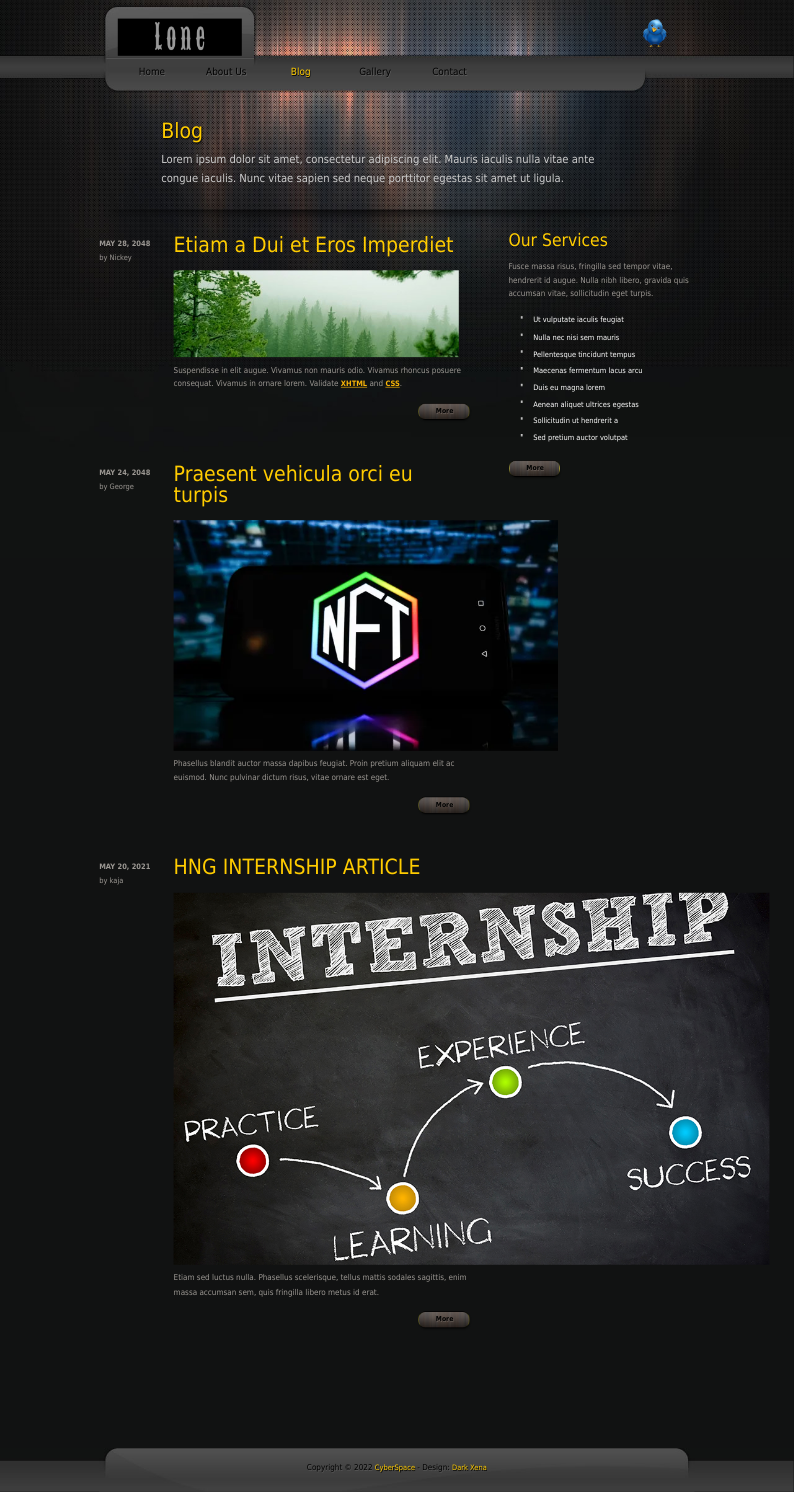
Repository: xenacode-art/Portfolio
Page: 2020_dark_pixel/blog.html
These files come from the project's save history. The page is drawn as it stood at one moment and after a run of saves; the edit follows.
The browser window is 1280 px wide. The pictures show the whole page, at 62% of full size.
Pictures or frames that could not be fetched are drawn as grey boxes.

Above is the page before, as saved 2022-03-08 00:14:21.

### 2020_dark_pixel/blog.html
<!DOCTYPE html PUBLIC "-//W3C//DTD XHTML 1.0 Transitional//EN" "http://www.w3.org/TR/xhtml1/DTD/xhtml1-transitional.dtd">
<html xmlns="http://www.w3.org/1999/xhtml">
<head>
<meta http-equiv="Content-Type" content="text/html; charset=utf-8" />
<!--
	Template 2020 Dark Pixel
    http://www.tooplate.com/view/2020-dark-pixel
-->
<title>Dark</title>
<meta name="keywords" content="" />
<meta name="description" content="" />
<link href="tooplate_style.css" rel="stylesheet" type="text/css" />
</head>
<body>

<div id="tooplate_wrapper">

    <div id="tooplate_header">

    	<div id="site_title"><h1><a href="#">Dark</a></h1></div>
        <div id="twitter"><a href="#"></a></div>

        <div id="tooplate_menu">
            <ul>
                <li><a href="index.html">Home</a></li>
                <li><a href="about.html">About Us</a></li>
                <li><a href="blog.html" class="current">Blog</a></li>
                <li><a href="gallery.html">Gallery</a></li>
                <li class="last"><a href="contact.html">Contact</a></li>
            </ul>
        </div> <!-- end of tooplate_menu -->

    </div> <!-- end of header -->

    <div id="tooplate_middle">
    	<div id="mid_title">
			Blog
        </div>
        <p>Lorem ipsum dolor sit amet, consectetur adipiscing elit. Mauris iaculis nulla vitae ante congue iaculis. Nunc vitae sapien sed neque porttitor egestas sit amet ut ligula.</p>
    </div> <!-- end of middle -->

    <div id="tooplate_main">
    	<div class="col_w960 hr_divider">

            	<div class="col_w300 lp_box float_r">
                    <h2>Our Services</h2>
                    <p>Fusce massa risus, fringilla sed tempor vitae, hendrerit id augue. Nulla nibh libero, gravida quis accumsan vitae, sollicitudin eget turpis.</p>
                    <ul class="tooplate_list">
                        <li><a href="#">Ut vulputate iaculis feugiat</a></li>
                        <li><a href="#">Nulla nec nisi sem mauris</a></li>
                        <li><a href="#">Pellentesque tincidunt tempus </a></li>
                        <li><a href="#">Maecenas fermentum lacus arcu</a></li>
                        <li><a href="#"> Duis eu magna lorem</a></li>
                        <li><a href="#">Aenean aliquet ultrices egestas</a></li>
                        <li><a href="#">Sollicitudin ut hendrerit a</a></li>
                        <li><a href="#">Sed pretium auctor volutpat</a></li>
                    </ul>

					<a class="more" href="#">More</a>
                </div>

                <div class="col_w600 float_l">
                    <div class="post_box">
                        <div class="post_box_date">
                            MAY 28, 2048
                            <span>by Nickey</span>
                        </div>

						<div class="post_box_content">
                            <h2><a href="#">Etiam a Dui et Eros Imperdiet </a></h2>
                          <img src="images/tooplate_image_08.jpg" alt="Image 08" />
                            <p>Suspendisse in elit augue. Vivamus non mauris odio. Vivamus rhoncus posuere consequat. Vivamus in ornare lorem. Validate <a href="http://validator.w3.org/check?uri=referer" rel="nofollow"><strong>XHTML</strong></a> and <a href="http://jigsaw.w3.org/css-validator/check/referer" rel="nofollow"><strong>CSS</strong></a>.</p>
                        </div>

						<a class="more float_r" href="#">More</a>
                        <div class="cleaner"></div>
                    </div>

					<div class="post_box">
                        <div class="post_box_date">
                            MAY 24, 2048
                            <span>by George</span>
                        </div>

						<div class="post_box_content">
                            <h2><a href="#">Praesent vehicula orci eu turpis </a></h2>
                          <img src="images/tooplate_image_06.jpg" alt="Image 06" />
                            <p>Phasellus blandit auctor massa dapibus feugiat. Proin pretium aliquam elit ac euismod. Nunc pulvinar dictum risus, vitae ornare est eget.</p>
                        </div>

						<a class="more float_r" href="#">More</a>
                        <div class="cleaner"></div>
                    </div>

					<div class="post_box">
                        <div class="post_box_date">
                            MAY 20, 2021
                            <span>by kaja</span>
                        </div>

						<div class="post_box_content">
                            <h2><a href="#">HNG INTERNSHIP ARTICLE </a></h2>
                            <img src="images/tooplate_image_07.jpg" alt="Image 07" />
                            <p>Etiam sed luctus nulla. Phasellus scelerisque, tellus mattis sodales sagittis, enim massa accumsan sem, quis fringilla libero metus id erat.</p>
                        </div>
                        <a class="more float_r"
                            href="https://docs.google.com/document/d/1pHQ8y1Fp89hCQCAmHdlH2IQBF5wXl0S7gurmJ_4CBN4/edit?usp=sharing">More</a>
                        <div class="cleaner"></div>
                    </div>

                </div>

                <div class="cleaner"></div>
        </div>

    </div> <!-- end of main -->

</div> <!-- end of wrapper -->

<div id="tooplate_footer_wrapper">
    <div id="tooplate_footer">

        Copyright © 2022 <a href="#">CyberSpace</a> - Design: <a href="http://www.tooplate.com/view/2020-dark-pixel">Dark Xena</a>

    </div> <!-- end of tooplate_footer -->
</div>
<!--   Free Website Template by t o o p l a t e . c o m   -->
</body>
</html>

### 2020_dark_pixel/tooplate_style.css
/*

Template 2020 Dark Pixel

http://www.tooplate.com/view/2020-dark-pixel

*/

body {
	margin: 0;
	padding: 0;
	color: #9c9893;
	font-family: Tahoma, Geneva, sans-serif;
	font-size: 13px;
	line-height: 1.7em;
	background-color: #111212;
	background-image: url(images/tooplate_body.jpg);
	background-repeat: repeat-x;
	background-position: top center
}

a, a:link, a:visited {
	color: #f9b507;
	font-weight: normal;
	text-decoration: underline;
	font-size: 12px;
}

a:hover {
	text-decoration:none;
}

a.more {
	display: block;
	width: 86px;
	height: 29px;
	padding: 2px 0 0;
	text-align: center;
	text-decoration: none;
	font-weight: 700;
	font-size: 11px;
	background: url(images/tooplate_more.png)  no-repeat top center;
	color: #000;
	text-shadow: 1px 1px 1px #625953
}

a.more:hover {
	color: #fff;
	text-shadow: 1px 1px 1px #000
}

p { margin: 0 0 10px 0; padding: 0; }
img { border: none; }
blockquote { font-style: italic; margin: 0 0 0 10px;}
cite { font-weight: bold; color:#fff; }
cite span { color: #fff; }
em { color: #c8690a; }

h1, h2, h3, h4, h5, h6 { color: #ffcc00; font-weight: normal; }
h1 { font-size: 34px; margin: 0 0 20px; padding: 5px 0 }
h2 { font-size: 28px; margin: 0 0 15px; padding: 5px 0; }
h3 { font-size: 24px; margin: 0 0 15px; padding: 0; }
h4 { font-size: 18px; margin: 0 0 15px; padding: 0; }
h5 { font-size: 16px; margin: 0 0 10px; padding: 0;  }
h6 { font-size: 14px; margin: 0 0 5px; padding: 0; }

.cleaner { clear: both }
.h10 { height: 10px }
.h20 { height: 20px }
.h30 { height: 30px }
.h40 { height: 40px }
.h50 { height: 50px }
.h60 { height: 60px }

.float_l { float: left }
.float_r { float: right }

.image_wrapper {
	display: inline-block;
	border: 1px solid #414141;
	padding: 4px;
	background: #000;
	margin-bottom: 5px
}

.image_fl {
	float: left;
	margin: 3px 30px 0 0
}

.image_fr {
	float: right;
	margin: 3px 0 0 30px
}

.tooplate_list {
	margin: 20px 0 20px 20px;
	padding: 0;
	list-style: none;
}

.tooplate_list li {
	color:#fff;
	margin: 0;
	padding: 0 0 5px 20px;
	background: url(images/tooplate_list.png) no-repeat scroll 0 5px;
}

.tooplate_list li a {
	color: #fff;
	font-weight: normal;
	font-size: 12px;
	text-decoration: none;
}

.tooplate_list li a:hover {
	text-decoration: underline;
}

#tooplate_wrapper {
	width: 960px;
	margin: 0 auto;
	padding: 0 10px;
	background: url(images/tooplate_body.jpg) top center no-repeat
}

#tooplate_header {
	clear: both;
	width: 940px;
	height: 130px;
	padding: 10px;
	background: url(images/tooplate_header.jpg) top center no-repeat
}

#site_title {
	float: left;
	width: 240px;
	height: 55px;
	margin: 20px auto;
}

#site_title h1 {
	margin: 0;
	padding: 0;
}

#site_title h1 a {
	display: block;
	width: 240px;
	height: 60px;
	color: #fff;
	outline: none;
	text-indent: -10000px;
	background: url(images/tooplate_logo.png) no-repeat top center
}

#twitter a{
	float: right;
	font-weight: normal;
	display: block;
	padding: 25px 55px 25px 0;
	margin: 20px 30px 0 0;
	color: #000;
	font-size: 18px;
	background: url(images/twitter.png)  no-repeat right center
}

/* menu */

#tooplate_menu {
	clear: both;
	width: 910px;
	padding: 0 15px;
	background: url(images/tooplate_menu.png)
}

#tooplate_menu ul {
	margin: 0 auto;
	padding: 0;
	list-style: none;
}

#tooplate_menu ul li {
	padding: 0;
	margin: 0;
	display: inline;
}

#tooplate_menu ul .last { background: none }

#tooplate_menu ul li a {
	float: left;
	display: block;
	width: 120px;
	padding: 0;
	font-size: 16px;
	color: #000;
	text-shadow: 1px 1px 1px #5f5f5f;
	text-align: center;
	text-decoration: none;
	font-weight: 400;
	outline: none;
	border: none;
}

#tooplate_menu ul li a:hover, #tooplate_menu ul .current {
	color: #ffcc00;
	text-shadow: 1px 1px 1px #000
}

/* end of menu */

#tooplate_middle {
	clear: both;
	width: 760px;
	padding: 50px 100px 60px;
	overflow: hidden;
	background: url(images/tooplate_mid_divider.png) bottom center no-repeat
}

#mid_title {
	font-size: 34px;
	font-weight: 400;
	color: #ffcc00;
	margin-bottom: 20px;
	text-shadow: 1px 1px 3px #000
}

#tooplate_middle p {
	width: 700px;
	font-size: 18px;
	color: #ccc;
	line-height: 30px;
}

/* main */

#tooplate_main {
	clear: both;
	width: 960px;
	padding: 0 0 40px;
	margin: 0;
}

.col_w960 { width: 960px; margin-bottom: 60px }
.col_w600 { width: 600px }
.col_w450 { width: 450px }
.col_w300 { width: 300px }
.col_w200 { width: 200px }
.col_allw300 { float: left; width: 300px; margin-right: 30px }
.col_last { margin: 0 }

.frontpage_box h2 {
	font-size: 20px;
	padding: 0;
	margin-bottom: 5px;
	color: #ffcc00;
}

.frontpage_box img {
	float: left; margin-right: 15px;
}

.frontpage_box a.more {
	margin-top: 15px;
}

.tagline {
	display: block;
	font-size: 11px;
	font-weight: bold;
	font-style: italic;
	color: #666;
	margin-bottom: 20px
}

.lp_frontpage {
	margin: 0;
	padding: 0;
	list-style: none
}

.lp_frontpage li {
	margin: 0;
	padding: 0;
	display: inline
}

.lp_frontpage li a {
	float: left;
	display: block;
	width: 200px;
	height: 100px;
	margin: 0 10px 10px 0
}

.lp_frontpage li a img {
	width: 190px;
	height: 90px;
	border: 1px solid #203252;
	padding: 4px;
}

.sb_lp_box { clear: both; margin-bottom: 20px }
.sb_lp_box img { width: 280px; height: 140px; padding: 9px; border: 1px solid #ccc }


#gallery {
	margin: 0;
	padding: 0
}

#gallery .gallery_box {
	clear: both;
	margin-bottom: 30px;
	padding-bottom: 30px;
	background: url(../images/tooplate_hr_divider.png) bottom repeat-x
}

#gallery .gallery_box img {
	float: left;
	width: 420px;
	height: 200px;
	border: 1px solid #ccc;
	padding: 9px;
	margin-right: 40px;
	background: #fff
}

#gallery .last_box {
	margin-bottom: 0;
	padding-bottom: 0;
	background: none
}

.news_box { margin-bottom: 60px }
.news_box h2 { font-size: 16px; margin-bottom: 0 }
.news_box p.date { color: #000; margin-bottom: 0 }
.news_box img { float: left; width: 100px; height: 100px; border: 5px solid #ccc; margin-right: 20px; }
.news_box a.more { float: right; }

.post_box {
	clear: both;
	margin-bottom: 30px;
	padding-bottom: 30px;
	background: repeat-x bottom;
}

.post_box_date {
	float: left;
	width: 100px;
	font-size: 12px;
	font-weight: bold;
	padding-top:10px;
}

.post_box_date span {
	display: block;
	font-weight: normal;
}

.post_box_content {
	float: right;
	width: 480px
}

.post_box_content img {
	margin-bottom: 10px
}

.post_box h2 {
	font-size: 34px;
	margin-bottom: 20px;
}

.post_box h2 a {
	color: #ffcc00;
	font-size: 34px;
	font-weight: normal;
	line-height: 34px;
	margin-bottom: 20px;
	text-decoration: none
}

.post_box h2 a span {
	font-size: 12px;
	color: #333
}

.post_box p {
	margin-bottom: 0;
}

.post_box p.date {
	font-size: 10px;
	font-weight: 700;
	color: #0e4369
}

.post_box .more {
	clear: both;
	float: right;
	margin-top: 20px;
}

.lbe_box {
	clear: both;
	margin-bottom: 20px;
}

.lbe_date {
	float: left;
	width: 100px;
	font-size: 12px;
	font-weight: bold;
}

.lbe_date span {
	display: block;
	font-weight: normal;
}

.lbe_content {
	float: right;
	width: 320px;
}

.lbe_box h3 {
	font-size: 16px;
	margin-bottom: 0;
}

.lbe_box h3 a {
	color: #f9b507;
	font-size: 16px;
	font-weight: normal;
}

.lbe_box h3 a span {
	font-size: 12px;
	color: #333;
}

.lbe_box p {
	margin-bottom: 0;
}

.lbe_box p.date {
	font-size: 10px;
	font-weight: 700;
	color: #f9b507;
}

#cp_contact_form {
	padding: 0;
	width: 400px
}

#cp_contact_form form {
	margin: 0px;
	padding: 0px;
}

#cp_contact_form form .input_field {
	width: 388px;
	padding: 5px;
	color: #aaa;
	border: 1px solid #3b3a3a;
	background: #1b1a1a;
	font-family: Verdana,Geneva,sans-serif;
    font-size: 12px;
	margin-top: 5px;
}

#cp_contact_form form label {
	display: block;
	width: 220px;
	margin-right: 10px;
	font-size: 13px;
	color: #ccc;
}

#cp_contact_form form textarea {
	width: 388px;
	height: 160px;
	padding: 5px;
	color: #aaa;
	border: 1px solid #3b3a3a;
	background: #1b1a1a;
	font-family: Verdana,Geneva,sans-serif;
    font-size: 12px;
	margin-top: 5px;
}

#cp_contact_form form .submit_btn  {
	margin: 5px 0px;
	padding: 3px 14px;
	font-weight: bold;
	color: #aaa;
	border: 1px solid #3b3a3a;
	background: #1b1a1a;
}

#map img {
	width: 300px;
	height: 200px;
	border: 1px solid #999;
	padding: 5px;
}

#tooplate_footer_wrapper {
	margin-top: 30px;
	clear: both;
	width: 100%;
	background: url(images/tooplate_footer_repeat.jpg) repeat-x top
}

#tooplate_footer {
	clear: both;
	width: 960px;
	height: 30px;
	padding: 20px 14px;
	text-align: center;
	color: #000;
	text-shadow: 1px 1px 1px #585858;
	margin: 0 auto;
	background: url(images/tooplate_footer.jpg) no-repeat top
}

#tooplate_footer a {
	font-weight: normal;
	color: #ffcc00;
	text-decoration: none;
	text-shadow: 1px 1px 1px #000
}

After the next 2 saves:
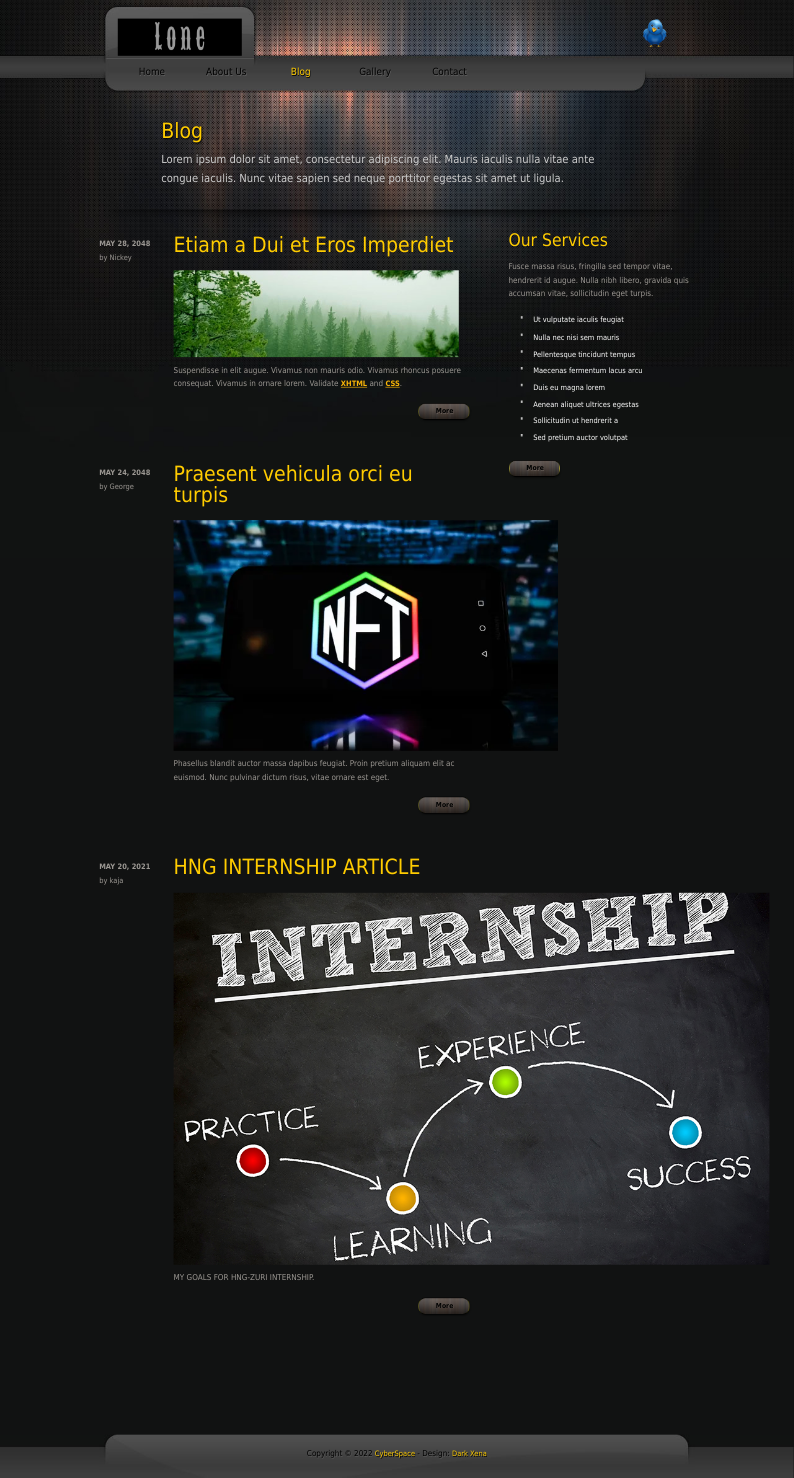
The 2 saves are shown as one change because they came seconds apart.
The last was saved 71 s later.
--- a/2020_dark_pixel/blog.html
+++ b/2020_dark_pixel/blog.html
@@ -101,7 +101,7 @@
 						<div class="post_box_content">
                             <h2><a href="#">HNG INTERNSHIP ARTICLE </a></h2>
                             <img src="images/tooplate_image_07.jpg" alt="Image 07" />
-                            <p>Etiam sed luctus nulla. Phasellus scelerisque, tellus mattis sodales sagittis, enim massa accumsan sem, quis fringilla libero metus id erat.</p>
+                            <p>MY GOALS FOR HNG-ZURI INTERNSHIP.</p>
                         </div>
                         <a class="more float_r"
                             href="https://docs.google.com/document/d/1pHQ8y1Fp89hCQCAmHdlH2IQBF5wXl0S7gurmJ_4CBN4/edit?usp=sharing">More</a>
